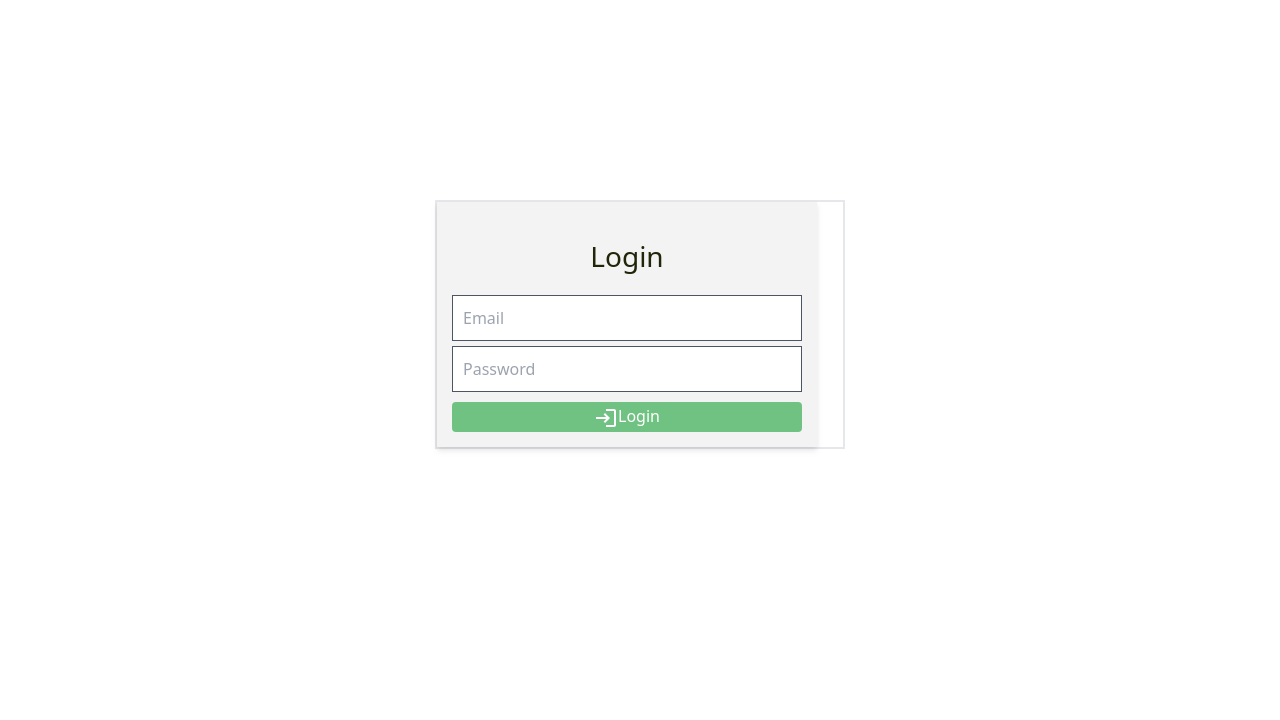
Repository: Kiendz3202/projectFinalPGS
Page: /home
An editor plug-in stored every save of this project. The page is shown before and after a run of saves, followed by the edit.
The browser window is 1280 px wide. The pictures show the whole page.
The project was rebuilt for these pictures with package versions that can differ from the ones it lists, and the page was loaded fresh each time. Also part of the build but not shown: src/App.css, src/pages/HomePage.tsx.

Above is the page before, as saved 2022-03-08 15:25:51.

After the next 2 saves:
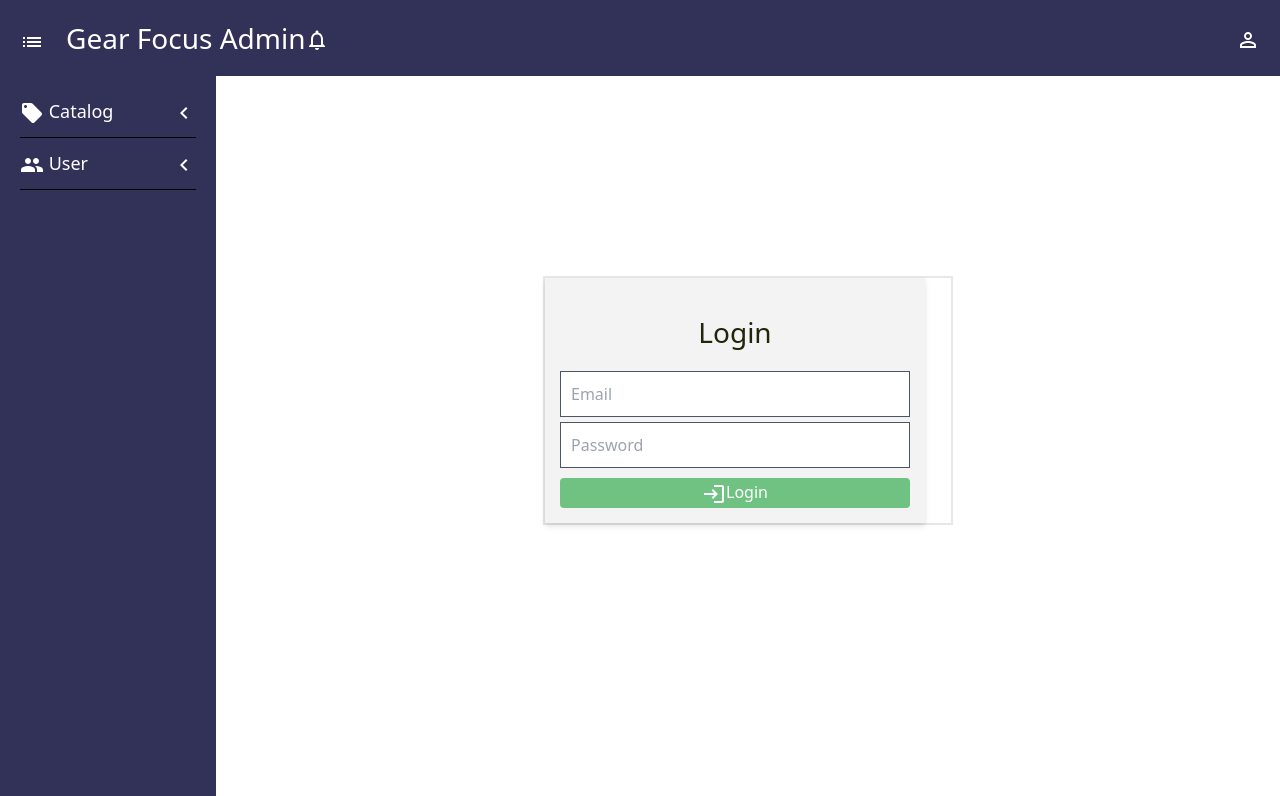
The 2 saves are shown as one change because 1 did not build or start.
The last was saved 88 s later.
--- a/src/App.tsx
+++ b/src/App.tsx
@@ -8,11 +8,13 @@
 
 function App() {
   let loginSuccess
-  if(sessionStorage.getItem('status') === '200'){
-      loginSuccess = true;
-  }else{
-    loginSuccess = false
-  }
+  useEffect(() =>{
+    if(sessionStorage.getItem('status') === '200'){
+        loginSuccess = true;
+    }else{
+      loginSuccess = false
+    }
+  },[sessionStorage])
   return (
     <Fragment>
     {loginSuccess ?? <Header />}

After the 3 saves that followed:
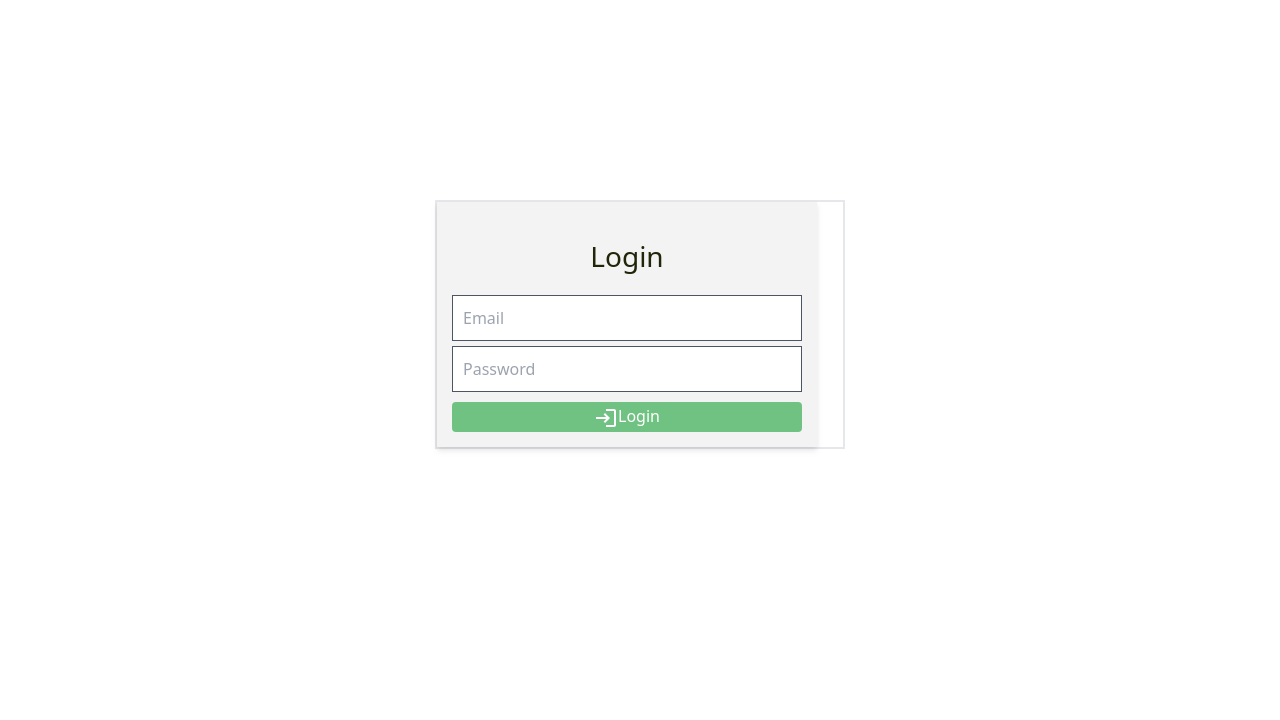
The 3 saves are shown as one change because 2 left the picture as it was.
The last was saved 92 s later.
--- a/src/App.tsx
+++ b/src/App.tsx
@@ -8,13 +8,11 @@
 
 function App() {
   let loginSuccess
-  useEffect(() =>{
     if(sessionStorage.getItem('status') === '200'){
         loginSuccess = true;
     }else{
       loginSuccess = false
     }
-  },[sessionStorage])
   return (
     <Fragment>
     {loginSuccess ?? <Header />}
